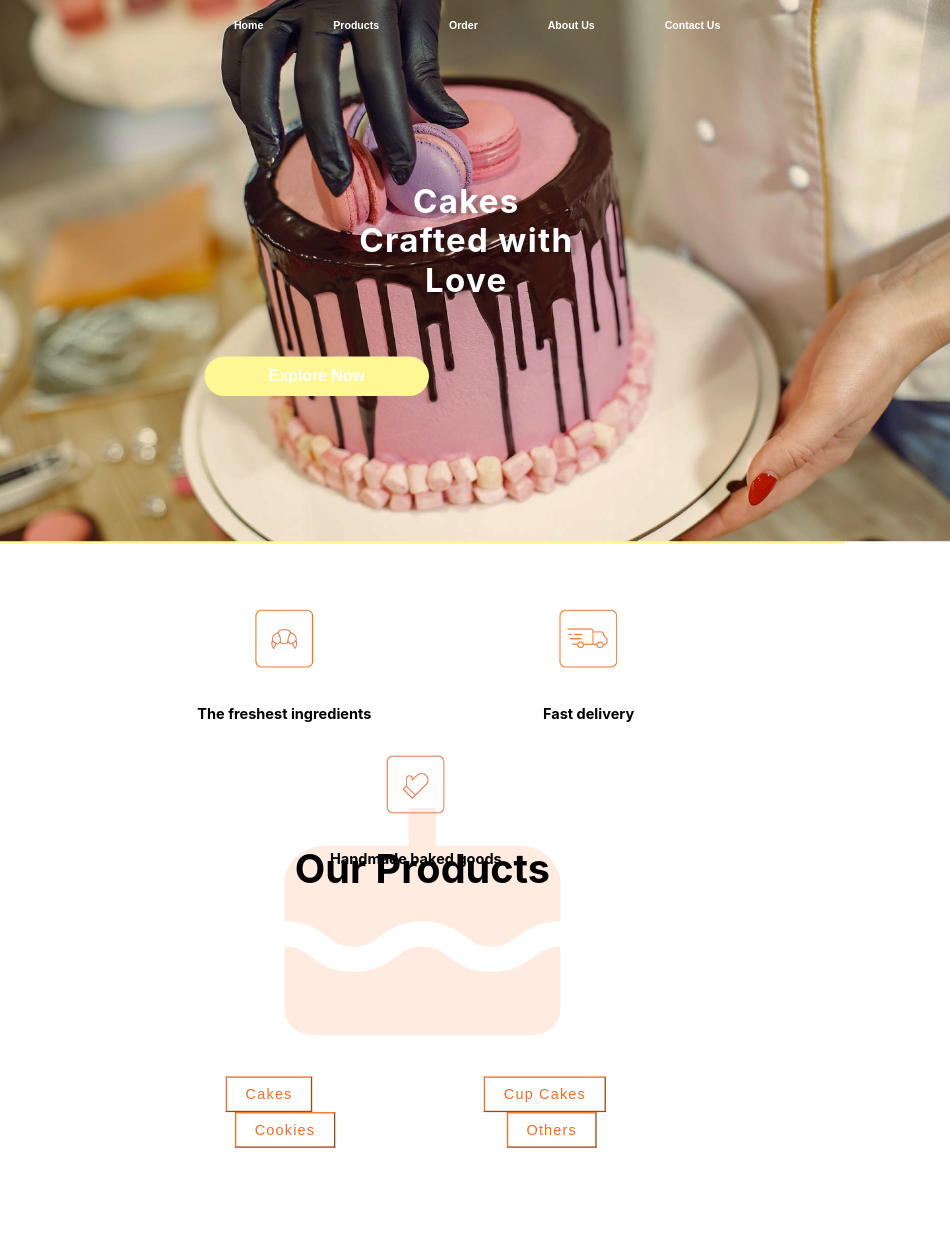
Repository: MEROO1010/cake-box
Page: /
The author's editor kept a copy of each file at every save. The page is drawn from the files as they stood at one save, then again after the next save.
The browser window is 1280 px wide. The page is 1440 px wide, so the pictures cover 1440 px, including what lies to the right of the window. The pictures show the whole page, at 66% of full size.
The project was rebuilt for these pictures with package versions that can differ from the ones it lists, and the page was loaded fresh each time.

Above is the page before, as saved 2023-11-09 13:07:47.

After the next save:
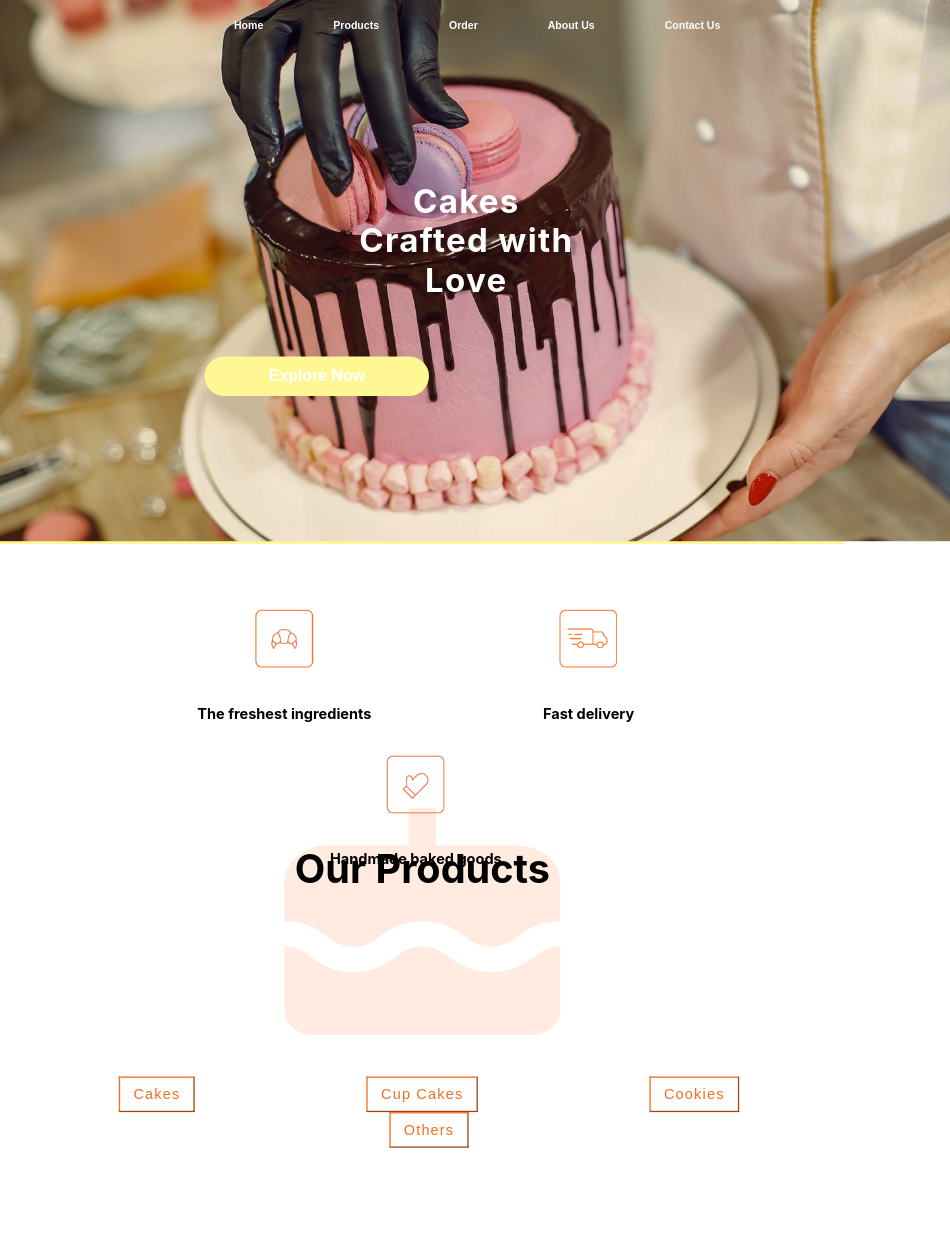
Saved 10 s later.
--- a/src/components/Products.jsx
+++ b/src/components/Products.jsx
@@ -96,13 +96,13 @@
   button{
     position: relative;
   top: 250px;
-  left: 0px;
+  left: 20px;
   font-size: 22px;
   letter-spacing: 0.08em;
   font-weight: 500;
   color: #F26E22;
   background-color: white;
   border-color:#F26E22;
-  padding: 12px 28px;
+  padding: 12px 20px;
   }
 `
